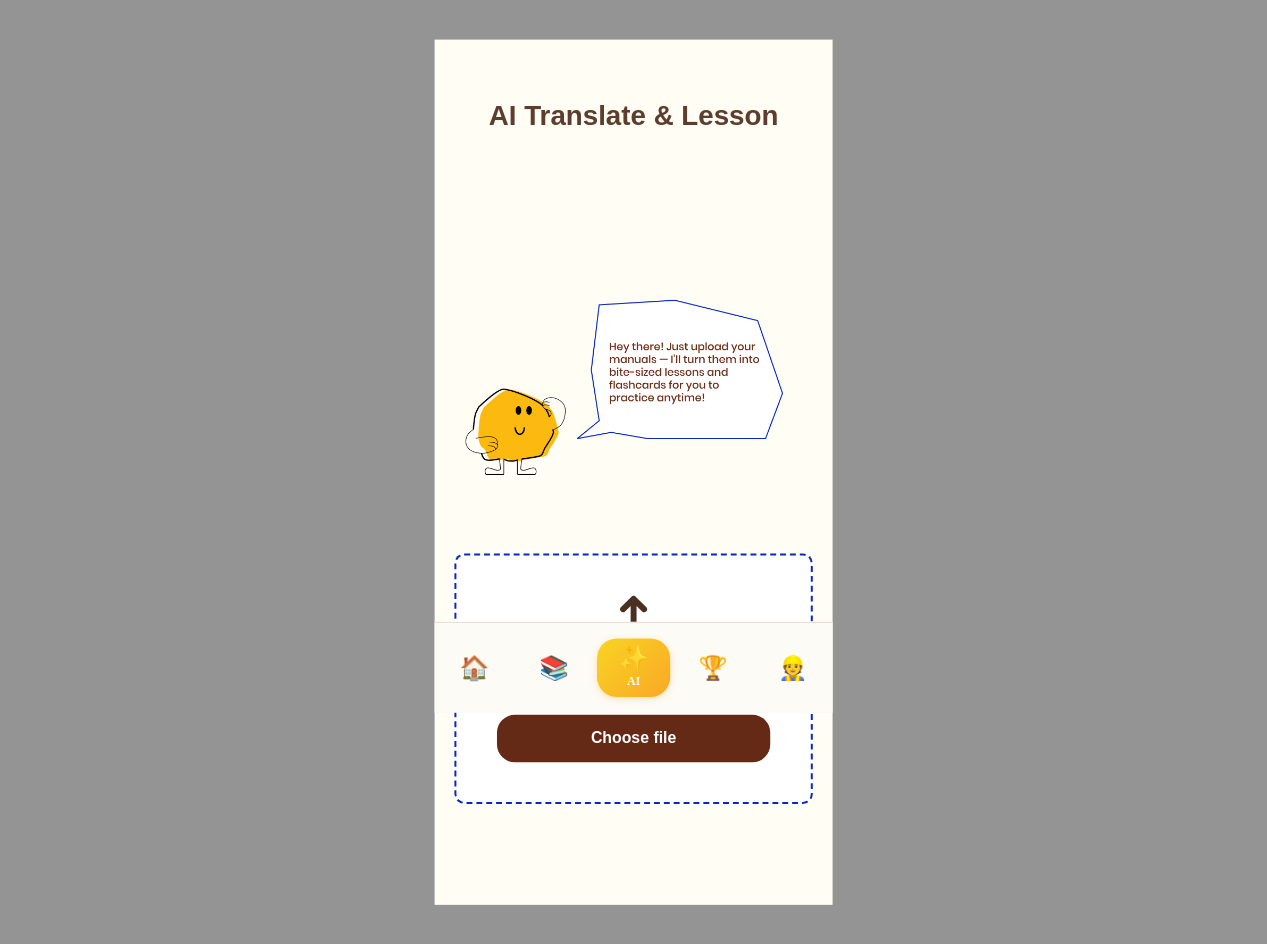
Repository: richelletiongson/Jargon_FrontendShowcase
Page: / (app in jargon_frontend/)
The author's editor kept a copy of each file at every save. The page is drawn from the files as they stood at one save, then again after the next save.
The browser window is 1280 px wide. The pictures show the whole page, at 99% of full size.
The project was rebuilt for these pictures with package versions that can differ from the ones it lists, and the page was loaded fresh each time. Also part of the build but not shown: jargon_frontend/vite.config.js, jargon_frontend/src/index.css, jargon_frontend/src/home_pages/Home.jsx, jargon_frontend/src/course_pages/Course.jsx, jargon_frontend/src/charts_pages/Charts.jsx, jargon_frontend/src/profile_pages/Profile.jsx.

Above is the page before, as saved 2025-10-22 15:34:27.

After the next save:
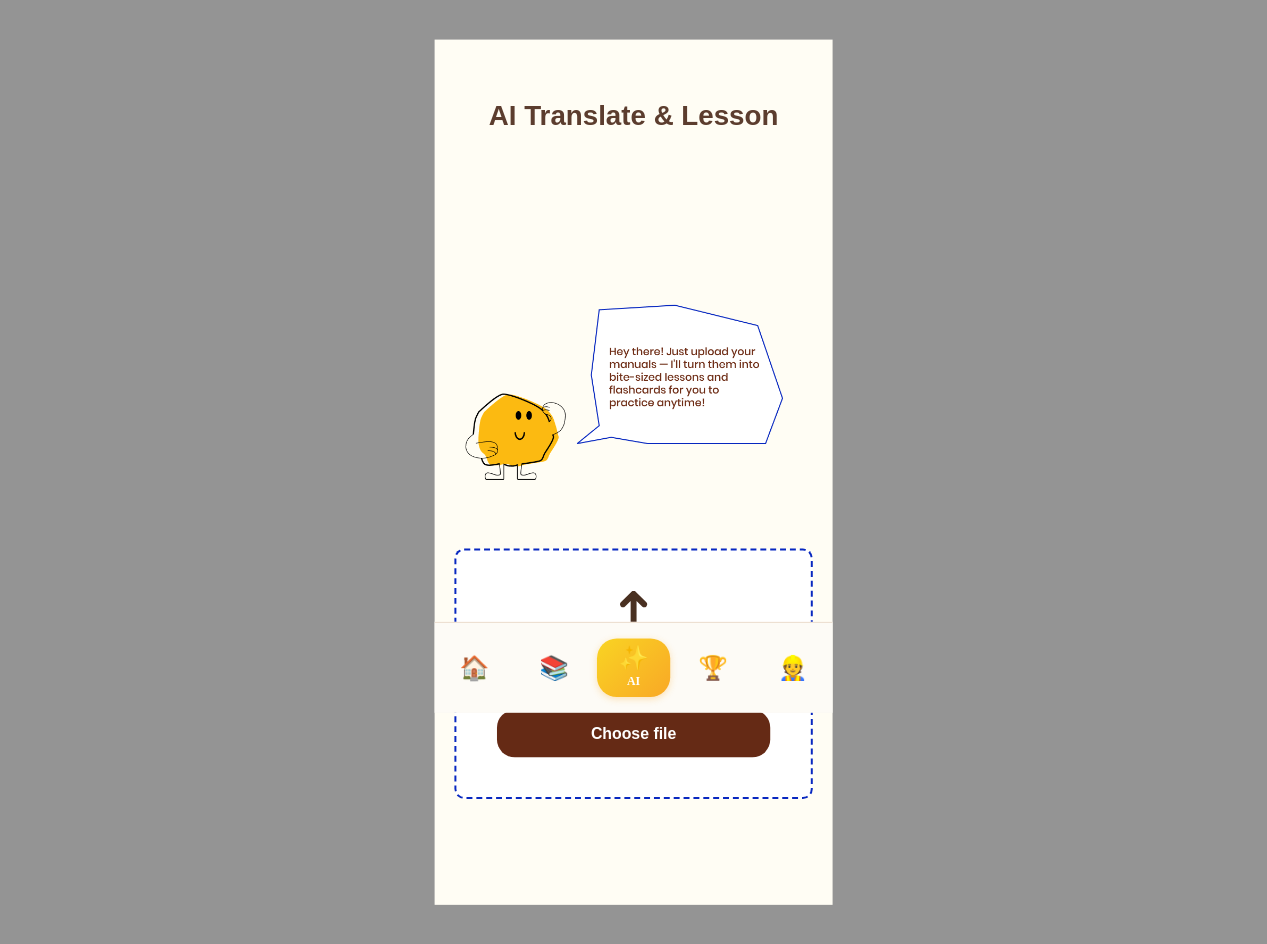
Saved 11 s later.
--- a/jargon_frontend/src/ai_pages/AI.css
+++ b/jargon_frontend/src/ai_pages/AI.css
@@ -33,7 +33,7 @@
   display: flex;
   justify-content: center;
   align-items: center;
-  margin-bottom: 30px;
+  margin-bottom: 20px;
 }
 
 .rocky-image {
